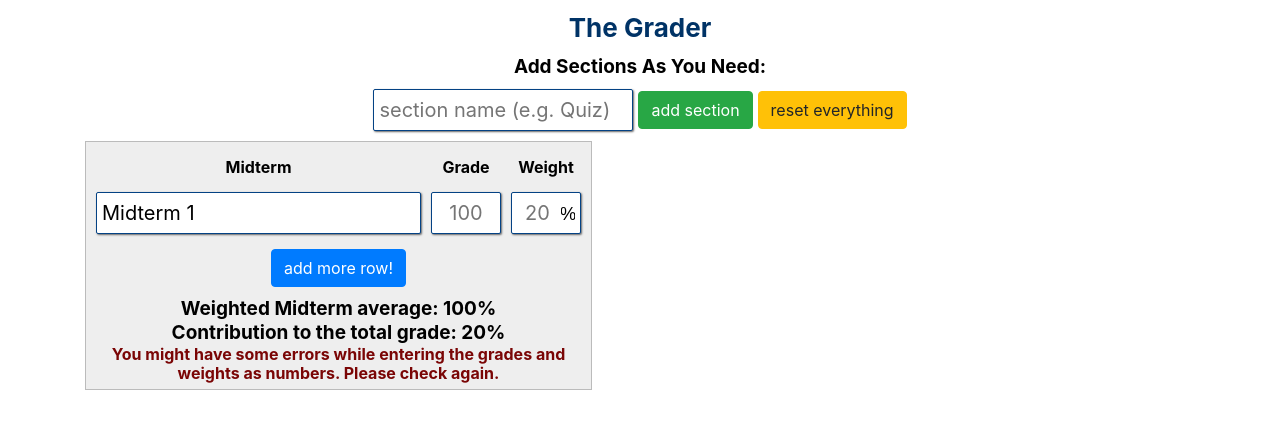
Repository: BarishNamazov/BarishNamazov.github.io
Page: thegrader/index.html
The author's editor kept a copy of each file at every save. The page is drawn from the files as they stood at one save, then again after the next save.
The browser window is 1280 px wide. The pictures show the whole page.

Above is the page before, as saved 2020-10-31 19:02:32.

### thegrader/index.html
<!doctype html>
<html lang="en">
  <head>
    <meta charset="utf-8">
    <meta name="viewport" content="width=device-width, initial-scale=1, shrink-to-fit=no">

    <!-- Bootstrap CSS -->
    <link rel="stylesheet" href="https://cdn.jsdelivr.net/npm/bootstrap@4.5.3/dist/css/bootstrap.min.css" integrity="sha384-TX8t27EcRE3e/ihU7zmQxVncDAy5uIKz4rEkgIXeMed4M0jlfIDPvg6uqKI2xXr2" crossorigin="anonymous">

    <!-- Custon CSS -->
    <link rel="stylesheet" href="app.css">

    <title>The Grader</title>
  </head>
  <body>
    <div class="container">
      <div class="row">
        <div class="col-lg-12">
          <h1>The Grader</h1>

          <h3>Add Sections As You Need:</h3>

          <div class="divSectionAdder">
            <input type="text" class="sectionName" placeholder="section name (e.g. Quiz)"><button valign="center" class="btn btn-success sectionAdder" id="sectionAdder">add section</button><button style="margin-left: 5px" valign="center" class="btn btn-warning resetter">reset everything</button>
          </div>

          <table class="gradePanel">
            <tbody>
              <tr>
                <td>
                  <table>
                    <tbody>
                      <tr class="rowHeader">
                        <td class="tableHeader tableName"><strong>Midterm</strong></td>
                        <td class="tableHeader"><strong>Grade</strong></td>
                        <td class="tableHeader"><strong>Weight</strong></td>
                      </tr>
                      <tr>
                        <td><input type="text" class="gradeName" value="Midterm 1"></td>
                        <td><input type="text" class="gradeValue" placeholder="100"></td>
                        <td><input type="text" class="gradeWeight percentIcon" placeholder="20"></td>
                      </tr>
                    </tbody>
                  </table>

                  <div class="moreRows"></div>

                  <button class="btn btn-primary rowAdder" id="section1RowAdder">add more row!</button>

                  <div class="gradeBar">
                    <h3>
                      Weighted <span class="nameOfSection">Midterm</span> average: <span class="sectionAverage">100</span>%
                      <br>
                      Contribution to the total grade: <span class="sectionContribution">20</span>%
                      <div class="failSafe">
                        You might have some errors while entering the grades and weights as numbers. Please check again.
                      </div>
                    </h3>

                  </div>
                </td>
              </tr>
            </tbody>
          </table>
          <div class="moreSections"></div>
        </div>
      </div>
    </div>



    <script src="https://code.jquery.com/jquery-3.5.1.slim.min.js" integrity="sha384-DfXdz2htPH0lsSSs5nCTpuj/zy4C+OGpamoFVy38MVBnE+IbbVYUew+OrCXaRkfj" crossorigin="anonymous"></script>
    <script src="https://cdn.jsdelivr.net/npm/bootstrap@4.5.3/dist/js/bootstrap.bundle.min.js" integrity="sha384-ho+j7jyWK8fNQe+A12Hb8AhRq26LrZ/JpcUGGOn+Y7RsweNrtN/tE3MoK7ZeZDyx" crossorigin="anonymous"></script>
    <script src="https://code.jquery.com/jquery-3.5.1.min.js" integrity="sha256-9/aliU8dGd2tb6OSsuzixeV4y/faTqgFtohetphbbj0=" crossorigin="anonymous"></script>
    <script src="scripts.js"></script>
  </body>
</html>

### thegrader/app.css
body,p,td,div,input,th,li,textarea{font-size:16px;color:#000;}

body{background:#fff;margin:0px;padding:0px;border:0;text-align: center;}

h1 {
  text-align: center;
  color: blue;
}
.divSectionAdder{
  margin: 10px auto;
  display: flex;
  align-items: center;
  justify-content: center;
}
.sectionName{
  margin-right: 5px;
  width: 260px;
}
.gradePanel{
	background:#eee;
	border: solid 1px #bbbbbb;
  padding: 10px;
  margin-bottom: 10px;
  width: 40%;
}
.failSafe{
  color: rgb(122, 5, 5);

}
td{
  padding: 5px;
}

h1{color:#003366;font-size:26px;font-weight:bold;padding:0;margin:12px 0;}
#resulth1{background-color:#ffefe7;padding:0px 5px 0px 5px;border-top:#930 1px dotted;}
h2{font-size:22px;font-weight:bold;color:#003366;padding:0; margin-bottom: 2px;}
h3{font-size:19px;font-weight:bold;}
hr{border:0;color:#aaa;background-color:#aaa;height:1px;}
a{color:#069;text-decoration:underline;}
a:hover{text-decoration:none;}
input{padding: 5px;color:#000;}
select{padding: 4px;color:#000;}
option{font-size:16px;}
input[type=text],
input[type=number],
select {
	border: 1px solid #044284;
	border-radius: 2px;
	box-shadow: 1px 1px 2px #666;
	font-size:20px;
}

.tableHeader{
  text-align: center;
}
.rowHeader{
  height: 40px;
}
.gradeWeight, .gradeValue{
  text-align:center;
  width: 70px;
}
.percentIcon{
	background: white url('media/percent.svg') right 5px center no-repeat;
  padding-right: 22px;
}
.rowAdder{
  margin: 10px auto;
}
h3{
  display: inline;
}

### thegrader/scripts.js
var newRow = "<table><tbody><tr><td><input type=\"text\" class=\"gradeName\" value=\"Midterm X\" autocomplete=\"off\"></td><td><input type=\"text\" class=\"gradeValue\"></td><td><input type=\"text\" class=\"gradeWeight percentIcon\"></td></tr></tbody></table>\n ";

var newSection = "<table class=\"gradePanel\"> <tbody> <tr> <td> <table> <tbody> <tr class=\"rowHeader\"> <td class=\"tableHeader tableName\"><strong>Midterm</strong></td> <td class=\"tableHeader\"><strong>Grade</strong></td> <td class=\"tableHeader\"><strong>Weight</strong></td> </tr> <tr> <td><input type=\"text\" class=\"gradeName\" value=\"Midterm 1\" autocomplete=\"off\"></td> <td><input type=\"text\" class=\"gradeValue\" placeholder=\"100\"></td> <td><input type=\"text\" class=\"gradeWeight percentIcon\" placeholder=\"20\"></td> </tr> </tbody> </table> <div class=\"moreRows\"></div> <button class=\"btn btn-primary rowAdder\">add more row!</button> </td> </tr> </tbody> </table>";

// $("input").attr("autocomplete", "off");
// $("input:not(:.gradeName").val(null);

// var lol = 0;
// while(lol++ < 1) {
//   location.reload(true);
// }
$(".resetter").on("click", function(){
  location.reload(true);
});

if (!String.prototype.splice) {
  String.prototype.splice = function(start, delCount, newSubStr) {
      return this.slice(0, start) + newSubStr + this.slice(start + Math.abs(delCount));
  };
}

var sectionCount = 1;

function rowAdder(){
  var idx = $(this).parents(".gradePanel").find("table").length + 1;
  var namePanel = $(this).parents(".gradePanel").find(".tableName").text();
  var editedRow = newRow.replace("Midterm X", namePanel + " " + idx);
  $(this).parents(".gradePanel").find(".moreRows").before(editedRow);
  $(".gradeValue").change(updateSectionGrade);
  $(".gradeWeight").change(updateSectionGrade);
}
$(".rowAdder").on("click", rowAdder);

function sectionAdder(dir){
  var x = (typeof dir == "string") ? $(dir) : $(this);
  var sectionInputName = $(".sectionName").val();
  if (!sectionInputName) return;
  var editedSection = newSection.replaceAll("Midterm", sectionInputName);
  $(".moreSections").before(editedSection);
  $(".rowAdder").eq(sectionCount++).on("click", rowAdder);
  $(".sectionName").val(null);
}


$(".sectionAdder").on("click", sectionAdder);
$(".sectionName").on("keypress", function(e) {
  if (e.which == 13) {
    sectionAdder(".sectionName");
  }
})

function updateSectionGrade() {
  var section = $(this).parents(".gradePanel");
  var grades = section.find(".gradeValue"), weights = section.find(".gradeWeight");
  var contribution = 0.0, failSafe = 0;
  for (var i = 0; i < grades.length; i++) {
    // console.log(grades[i]);
    console.log(weights[i]);
    if (Number(grades[i].value) && Number(weights[i].value)) {
      contribution += Number(grades[i].value) * Number(weights[i].value) / 100.0;
    } else {
      failSafe = 1;
    }
  }
  if (failSafe) {
    section.find(".failSafe").show();
  } else {
    section.find(".failSafe").hide();
  }
  section.find(".sectionContribution").text(contribution);
}
$(".gradeValue").change(updateSectionGrade);
$(".gradeWeight").change(updateSectionGrade);

After the next save:
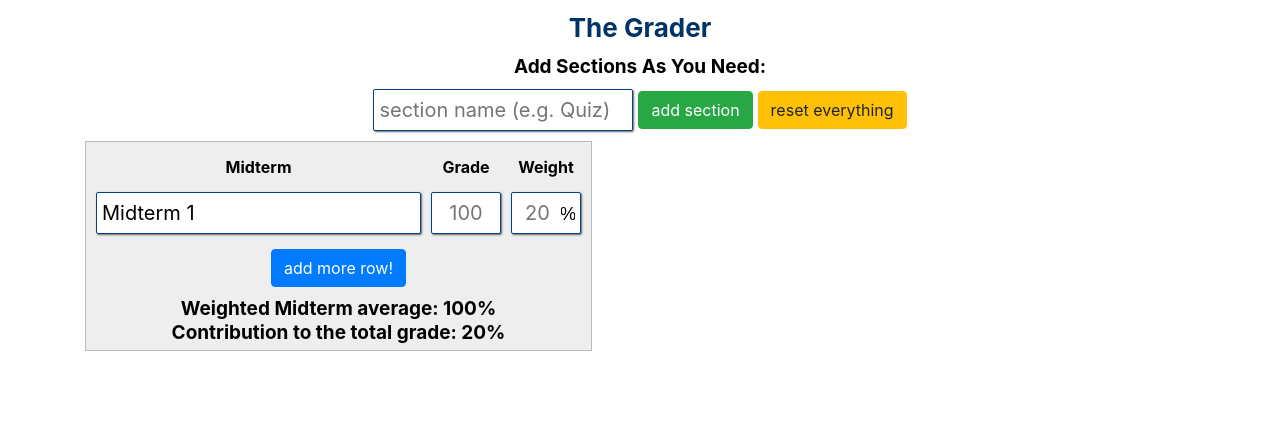
Saved 13 s later.
--- a/thegrader/scripts.js
+++ b/thegrader/scripts.js
@@ -12,6 +12,7 @@ var newSection = "<table class=\"gradePanel\"> <tbody> <tr> <td> <table> <tbody>
 $(".resetter").on("click", function(){
   location.reload(true);
 });
+$(".failSafe").hide();
 
 if (!String.prototype.splice) {
   String.prototype.splice = function(start, delCount, newSubStr) {
